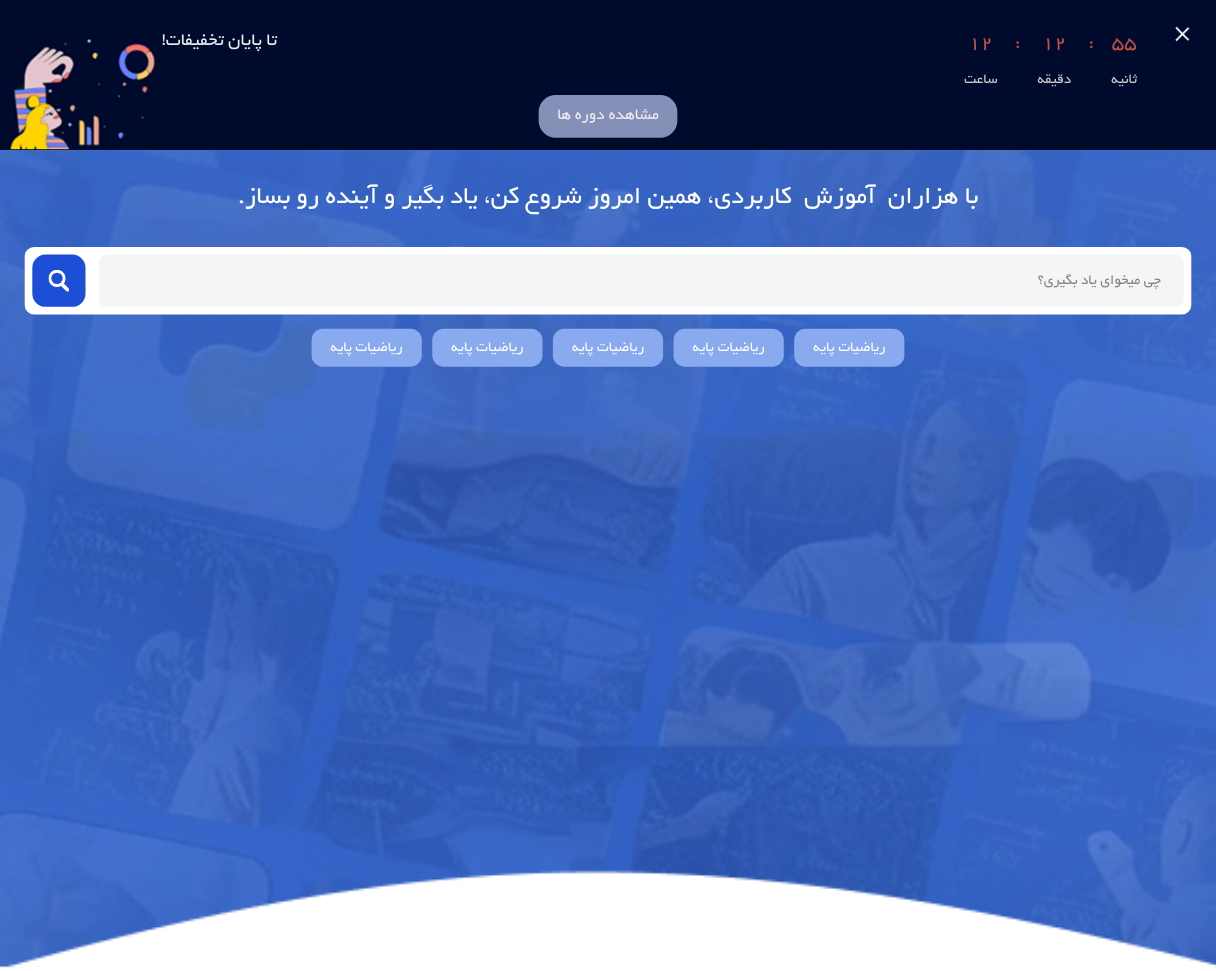
Repository: sinafath/fradars
Page: /
The author's editor kept a copy of each file at every save. The page is drawn from the files as they stood at one save, then again after the next save.
The browser window is 1280 px wide. The pictures show the whole page, at 95% of full size.
The project was rebuilt for these pictures with package versions that can differ from the ones it lists, and the page was loaded fresh each time. The framework's server and built-in components were replaced by stand-ins that run in the browser. Also part of the build but not shown: next.config.ts.

Above is the page before, as saved 2025-09-21 20:04:05.

### src/app/layout.tsx
import type { Metadata } from "next";
import localFont from 'next/font/local'

const myFont = localFont({
  src: '../../public/BYEKAN.ttf',
})
import "./globals.css";

console.log(myFont)

export const metadata: Metadata = {
  title: "Fradars",
  description: "tutoring website",
};

export default function RootLayout({
  children,
}: Readonly<{
  children: React.ReactNode;
}>) {
  return (
    <html lang="fa" dir="rtl" className={myFont.className}>
      <body
      >
        {children}
      </body>
    </html>
  );
}

### src/app/page.tsx
import { Center, Column, Row } from "@/components/core";
import Image from "next/image";

export default function Home() {
  return (
    <div>
      <div className="w-full relative flex justify-center bg-[#000A2D] h-[158px] ">
        <Image
          aria-hidden
          className="absolute left-0"
          src="/1.png"
          alt="File icon"
          width={163}
          height={157}
        />
        <Image
          aria-hidden
          className="absolute top-[28px] start-[28px]"
          src="/2.png"
          alt="File icon"
          width={15}
          height={15}
        />
        <Row className="top-[30px] absolute start-[83px] gap-[18px] h-[58px]" align="start" >
          <Column className="gap-[20px] text-center">
            <span className="text-[22px]  h-[22px]  text-[#BF4F43]">۵۵</span>
            <span className="text-[#C9C9C9] text-[16px]">ثانیه</span>
          </Column >
          <span className="text-[22px] text-[#BF4F43]">:</span>
          <Column className="gap-[20px] text-center">
            <span className="text-[22px] h-[22px]  text-[#BF4F43]">۱۲</span>
            <span className="text-[#C9C9C9] text-[16px]">دقیقه</span>
          </Column >
          <span className="text-[22px] text-[#BF4F43]">:</span>
          <Column className="gap-[20px] text-center">
            <span className="text-[22px] h-[22px]  text-[#BF4F43]">۱۲</span>
            <span className="text-[#C9C9C9] text-[16px]">ساعت</span>
          </Column >

        </Row>
        <p className=" absolute top-[29px] end-[170px] text-[#EDEDED] text-[20px]">تا پایان تخفیفات!</p>
        <button className=" w-[146px] h-[45px] bg-[#8590B8] rounded-[18px] absolute bottom-[13px] text-[18px] text-[#EDEDED]">مشاهده دوره ها</button>
      </div>
      <Column className="relative text-center">
        <h1 className="text-[28px] text-white pt-[30px] px-[62px]"> با هزاران  آموزش‌  کاربردی، همین امروز شروع کن،
          یاد بگیر و آینده رو بساز.</h1>
          <Row  className="mt-[30px] w-[calc(100%-52px)] bg-white p-[8px] gap-[14px] h-[71px] mx-[26px] rounded-[10px]" >
            <input type="text" className="bg-[#F5F5F5] flex-1 h-full rounded-[8px] px-[24px] " placeholder="چی میخوای یاد بگیری؟" />
            <Center className="bg-[#1D4ED8] w-[56px] h-full rounded-[14px]">
              <img src="/4.svg"/>
            </Center>
            </Row>
            <Row className="flex-wrap gap-x-[11px] gap-y-[15px] mt-[15px] justify-center ">
              <div className="rounded-[12px] text-[16px] px-[20px] py-[8px] bg-[#8AAAF0] text-white"> ریاضیات پایه </div>
                            <div className="rounded-[12px] text-[16px] px-[20px] py-[8px] bg-[#8AAAF0] text-white"> ریاضیات پایه </div>
              <div className="rounded-[12px] text-[16px] px-[20px] py-[8px] bg-[#8AAAF0] text-white"> ریاضیات پایه </div>
              <div className="rounded-[12px] text-[16px] px-[20px] py-[8px] bg-[#8AAAF0] text-white"> ریاضیات پایه </div>
              <div className="rounded-[12px] text-[16px] px-[20px] py-[8px] bg-[#8AAAF0] text-white"> ریاضیات پایه </div>

            </Row>
        <Image
          aria-hidden
          className="absolute top-0 start-0 w-full z-[-1]"
          src="/3.png"
          alt="File icon"
          width={560}
          height={377}
        />
      </Column>
    </div>
  );
}

### src/app/globals.css

@import "tailwindcss";

:root {
  --background: #ffffff;
  --foreground: #171717;
}

@theme inline {
  --color-background: var(--background);
  --color-foreground: var(--foreground);
}
@layer base {
  *{
    @apply box-border; /* Ensures box-sizing: border-box */
  }
}
@media (prefers-color-scheme: dark) {
  :root {
    --background: #0a0a0a;
    --foreground: #ededed;
  }
}


body {
  background: var(--background);
  color: var(--foreground);
  font-weight: normal;
}

### src/components/core.tsx
import { cn } from "@/lib/utils";
import { ReactNode } from "react";

type AlignItems = 'start' | 'center' | 'end' | 'baseline' | 'stretch';
type JustifyContent = 'start' | 'center' | 'end' | 'between' | 'around' | 'evenly';

interface FlexProps {
    children?: ReactNode;
    className?: string;
    align?: AlignItems;
    justify?: JustifyContent;
}

const alignClasses: Record<AlignItems, string> = {
    start: 'items-start',
    center: 'items-center',
    end: 'items-end',
    baseline: 'items-baseline',
    stretch: 'items-stretch',
};

const justifyClasses: Record<JustifyContent, string> = {
    start: 'justify-start',
    center: 'justify-center',
    end: 'justify-end',
    between: 'justify-between',
    around: 'justify-around',
    evenly: 'justify-evenly',
};

interface CenterProps {
    children: ReactNode;
    className?: string;
}

function Center({ children, className }: CenterProps) {
    return (
        <div className={cn('flex items-center justify-center', className)}>
            {children}
        </div>
    );
}

function Row({
    children,
    className,
    align = 'center',
    justify = 'start',
    ...props
}: FlexProps) {
    return (
        <div
            className={cn('flex flex-row', alignClasses[align], justifyClasses[justify], className)}
            {...props}
        >
            {children}
        </div>
    );
}

function Column({
    children,
    className,
    align = 'center',
    justify = 'start',
    ...props
}: FlexProps) {
    return (
        <div
            className={cn('flex flex-col', alignClasses[align], justifyClasses[justify], className)}
            {...props}
        >
            {children}
        </div>
    );
}

export { Column, Center, Row };

Loaded but not shown: src/lib/utils.ts (common file)

After the next save:
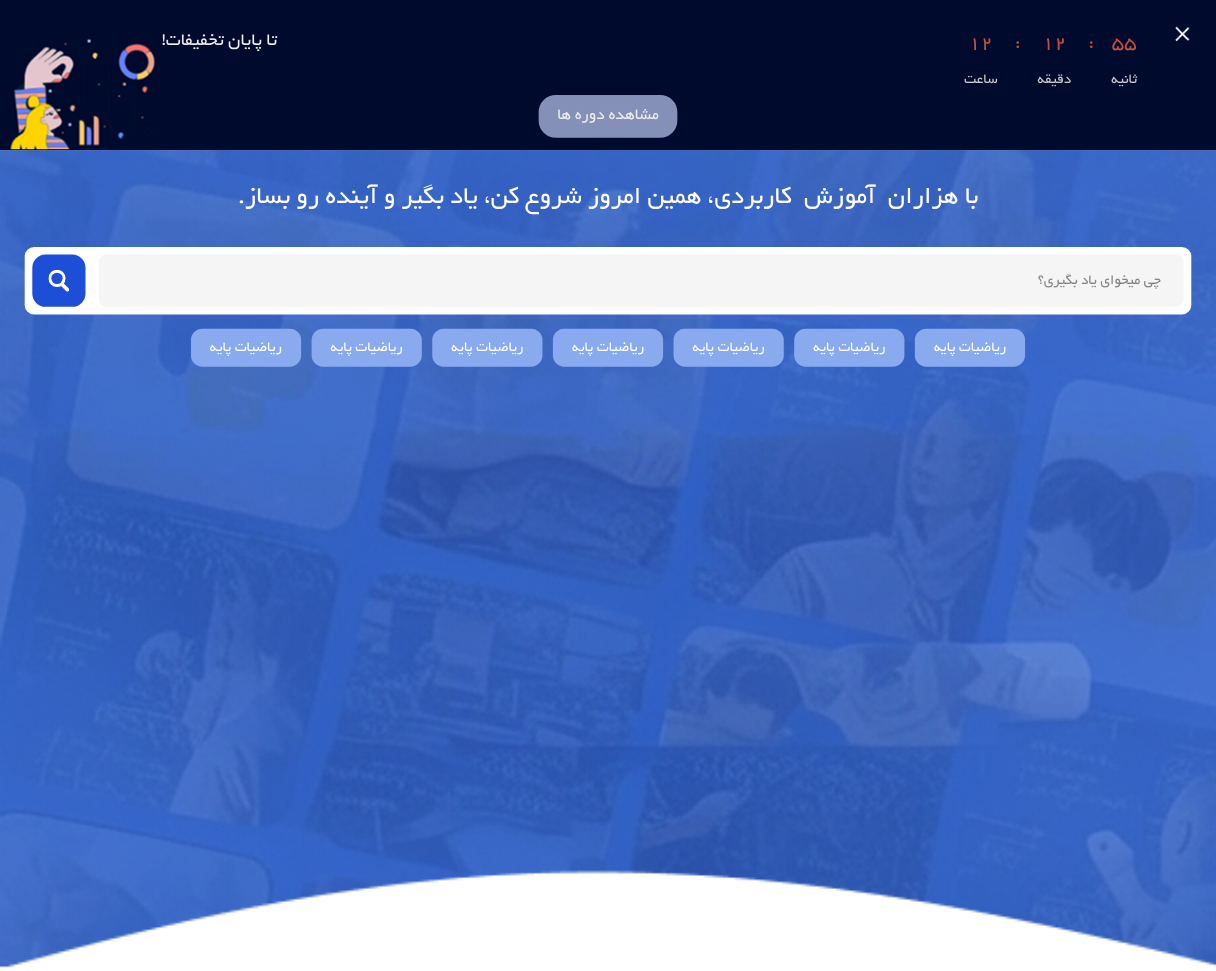
Saved 9 s later.
--- a/src/app/page.tsx
+++ b/src/app/page.tsx
@@ -56,6 +56,8 @@
               <div className="rounded-[12px] text-[16px] px-[20px] py-[8px] bg-[#8AAAF0] text-white"> ریاضیات پایه </div>
               <div className="rounded-[12px] text-[16px] px-[20px] py-[8px] bg-[#8AAAF0] text-white"> ریاضیات پایه </div>
               <div className="rounded-[12px] text-[16px] px-[20px] py-[8px] bg-[#8AAAF0] text-white"> ریاضیات پایه </div>
+              <div className="rounded-[12px] text-[16px] px-[20px] py-[8px] bg-[#8AAAF0] text-white"> ریاضیات پایه </div>
+              <div className="rounded-[12px] text-[16px] px-[20px] py-[8px] bg-[#8AAAF0] text-white"> ریاضیات پایه </div>
 
             </Row>
         <Image
